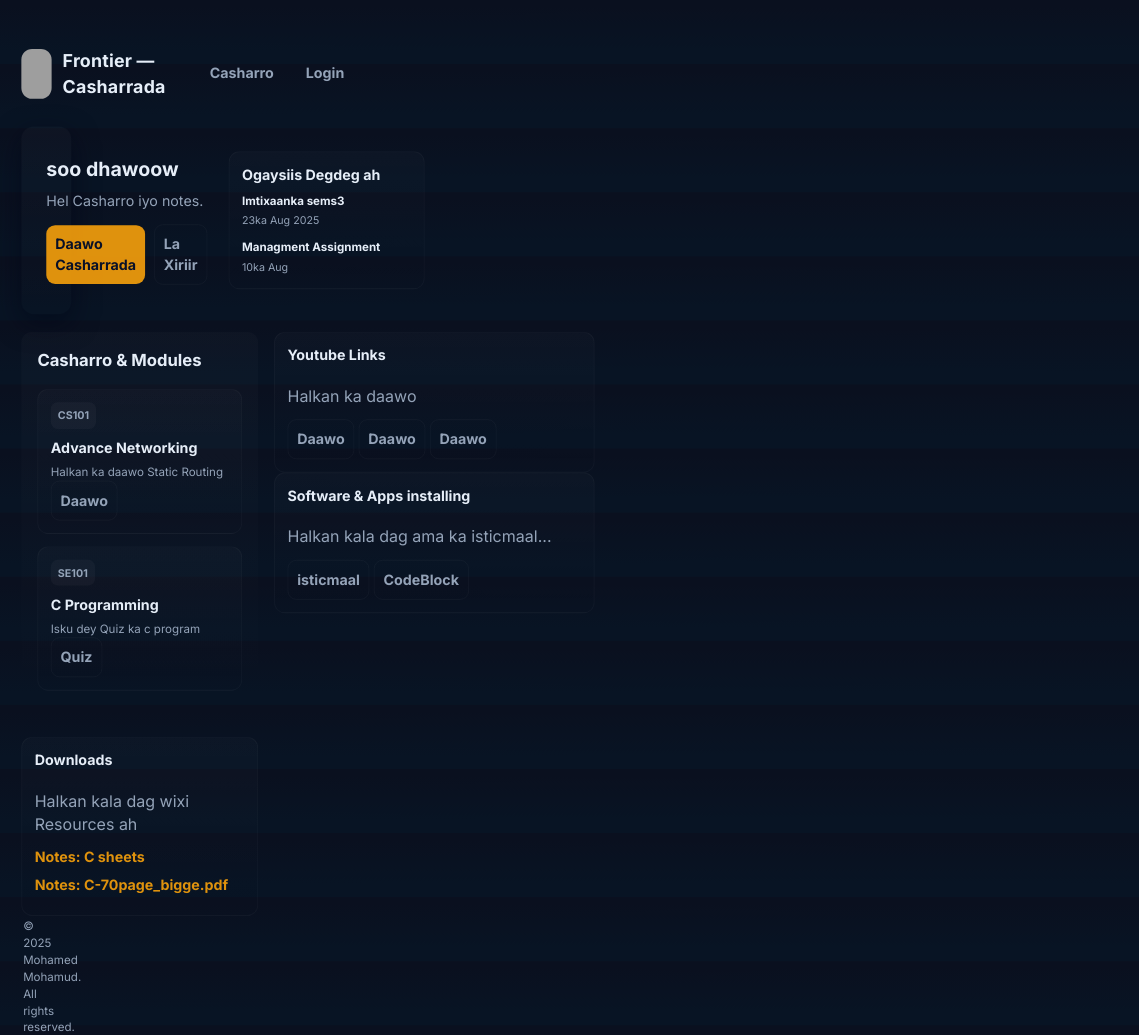
Repository: mrfiiqane/Al-Tacaawun.com
Page: index.html
The author's editor kept a copy of each file at every save. The page is drawn from the files as they stood at one save, then again after the next save.
The browser window is 1280 px wide. The pictures show the whole page, at 89% of full size.
Pictures or frames that could not be fetched are drawn as grey boxes.

Above is the page before, as saved 2025-08-12 10:37:46.

After the next save:
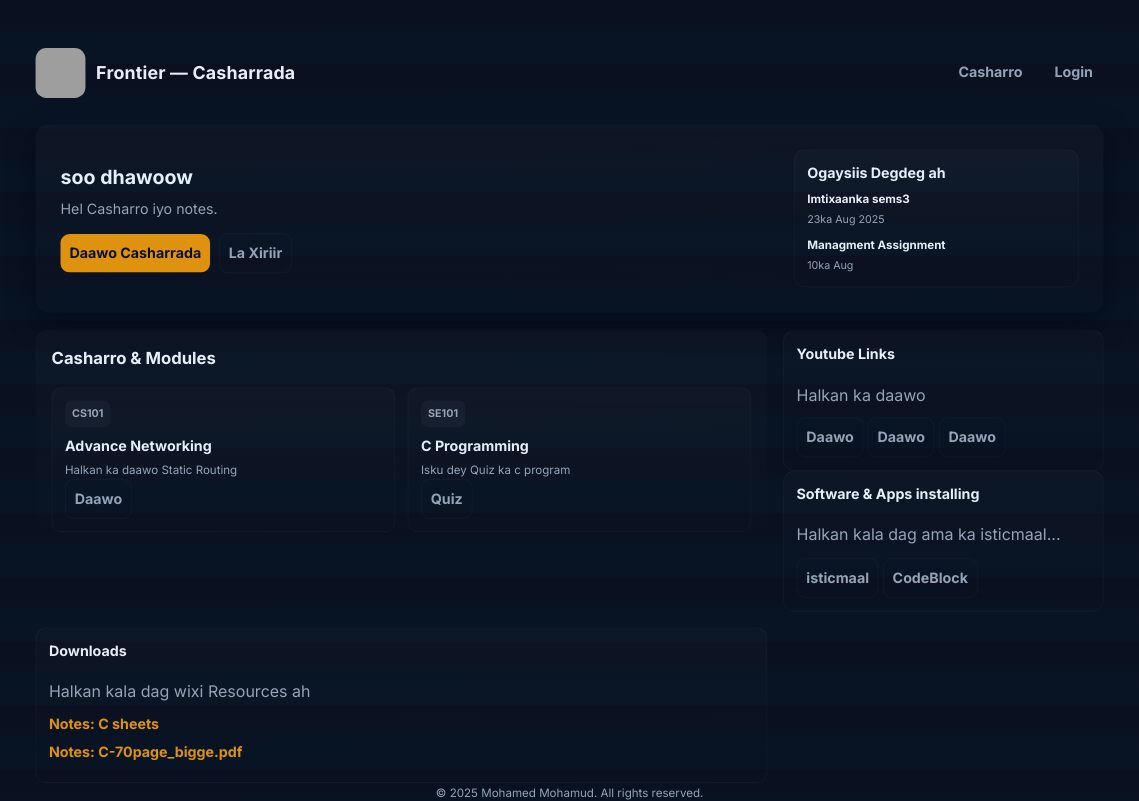
Saved 9 s later.
--- a/style.css
+++ b/style.css
@@ -11,7 +11,7 @@
     *{box-sizing:border-box}
     html,body{
       height:10%;
-      width:10%;
+      width:100%;
     }
     body{
       margin:0;
